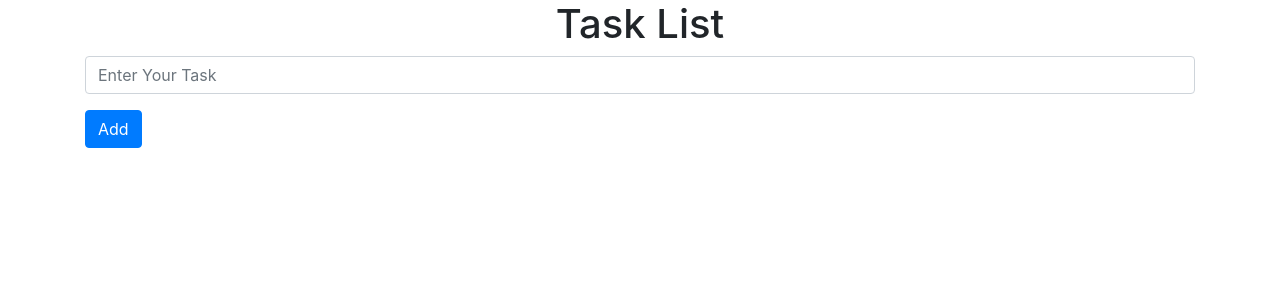
Repository: hoangphuong965/todolist
Page: index.html
These files come from the project's save history. The page is drawn as it stood at one moment and after a run of saves; the edit follows.
The browser window is 1280 px wide. The pictures show the whole page.

Above is the page before, as saved 2020-09-04 14:19:39.

### index.html
<!DOCTYPE html>
<html lang="en">

<head>
     <meta charset="UTF-8">
     <meta name="viewport" content="width=device-width, initial-scale=1.0">
     <title>Document</title>
     <link rel="stylesheet" href="https://stackpath.bootstrapcdn.com/bootstrap/4.3.1/css/bootstrap.min.css"
          integrity="sha384-ggOyR0iXCbMQv3Xipma34MD+dH/1fQ784/j6cY/iJTQUOhcWr7x9JvoRxT2MZw1T" crossorigin="anonymous">
     <link rel="stylesheet" href="https://maxcdn.bootstrapcdn.com/font-awesome/4.7.0/css/font-awesome.min.css">
     <link rel="stylesheet" href="style.css">
</head>

<body>
     <div class="container">
          <h1 class="text-center">Task List</h1>
          <form class="form">
               <div class="form-group ">
                    <input type="text" class="form-control" style="outline-color: black;" placeholder="Enter Your Task">
               </div>
               <div class="list">
                    <!-- <ol class="list-group list-group-flush">
                         <li class="list-group-item grid">
                              <p>Cras justo odio</p>
                              <i class="fa fa-trash" aria-hidden="true"></i>
                         </li>
                    </ol> -->
               </div>
               <button type="submit" class="btn btn-primary">Add</button>
          </form>
     </div>
     <script src="app.js"></script>
</body>

</html>

### style.css
.grid {
  display: grid;
  grid-template-columns: auto auto;
}
i{
     margin-top: 3px;
     text-align: right;
}

### app.js
const input = document.querySelector("input");
let html = document.querySelector(".list");

const form = document.querySelector(".form");
form.addEventListener("submit", (e) => {
  e.preventDefault();
  add();
});

const add = () => {
  let ul = `
          <ol class="list-group list-group-flush ">
               <li class="list-group-item grid">
                    <p>${input.value}</p>
                    <i class="fa fa-trash" aria-hidden="true"></i>
               </li>
          </ol>
     `;
  input.value = "";
  html.innerHTML += ul;
};

After the next 2 saves:
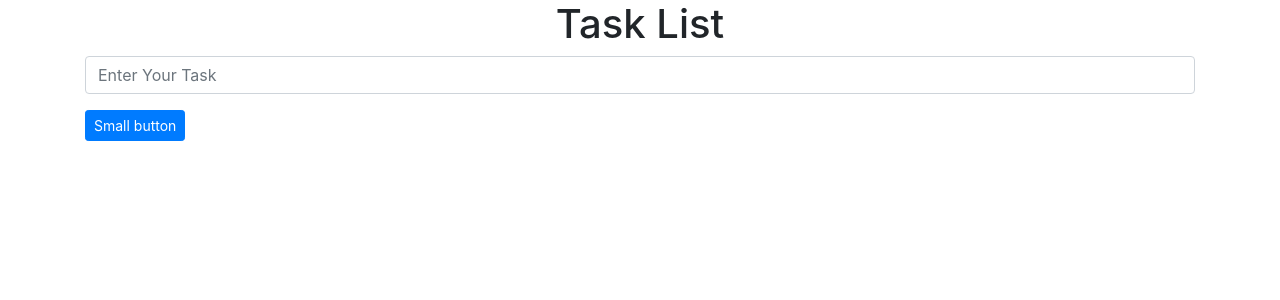
The 2 saves are shown as one change because they came seconds apart.
The last was saved 57 s later.
--- a/index.html
+++ b/index.html
@@ -26,7 +26,7 @@
                          </li>
                     </ol> -->
                </div>
-               <button type="submit" class="btn btn-primary">Add</button>
+               <button type="button" class="btn btn-primary btn-sm">Small button</button>
           </form>
      </div>
      <script src="app.js"></script>
